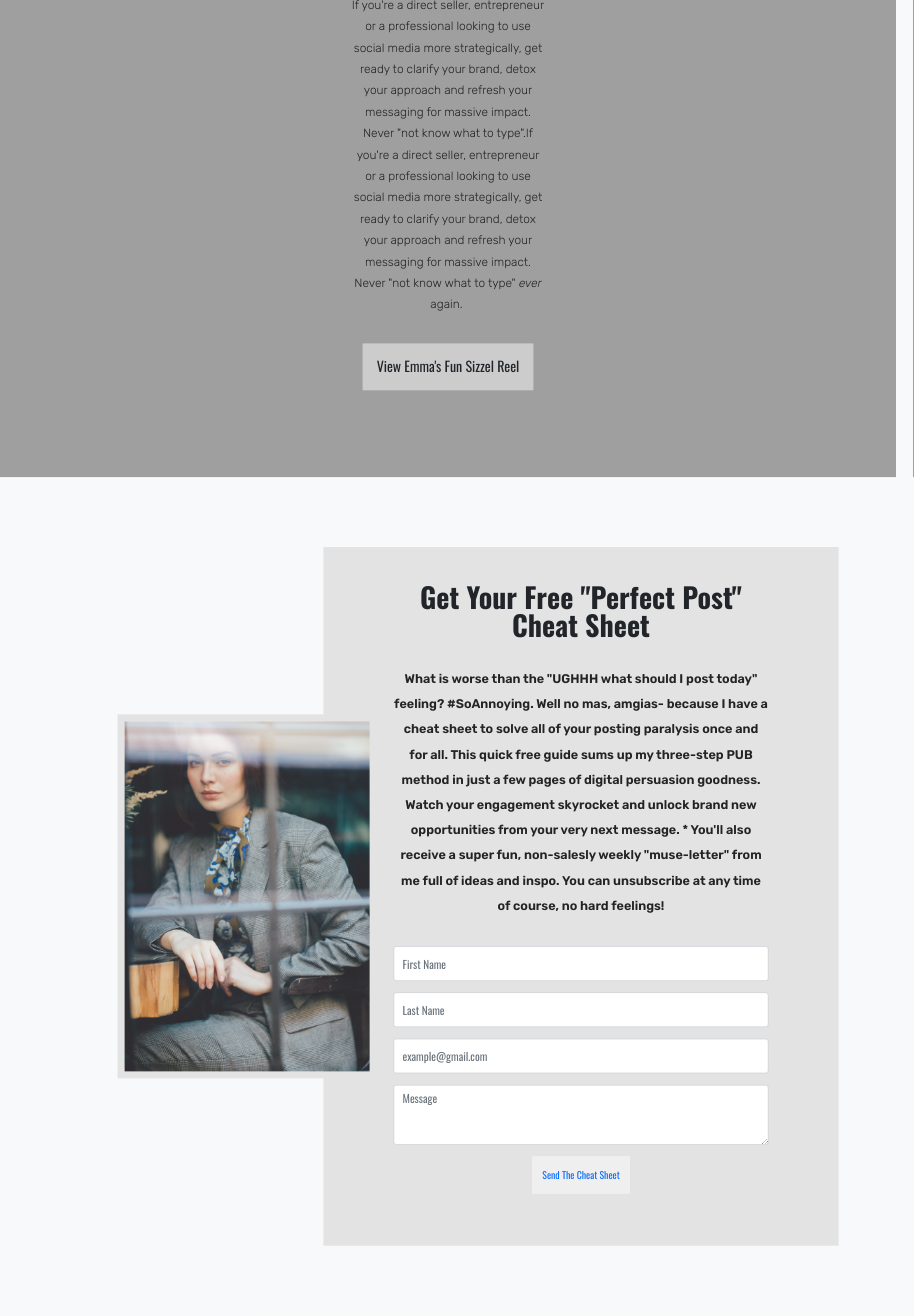
Repository: poroshrahman40/emma-watson-portfolio
Page: index.html
The author's editor kept a copy of each file at every save. The page is drawn from the files as they stood at one save, then again after a run of saves.
The browser window is 1280 px wide. The page is 1305 px wide, so the pictures cover 1305 px, including what lies to the right of the window. The pictures show the part of the page from y = 3711 to 5591 px (the page is 5591 px tall), at 70% of full size.
Some web fonts or font styles are not loaded; a fallback is used.

Above is the page before, as saved 2021-12-06 18:43:33.

After the next 2 saves:
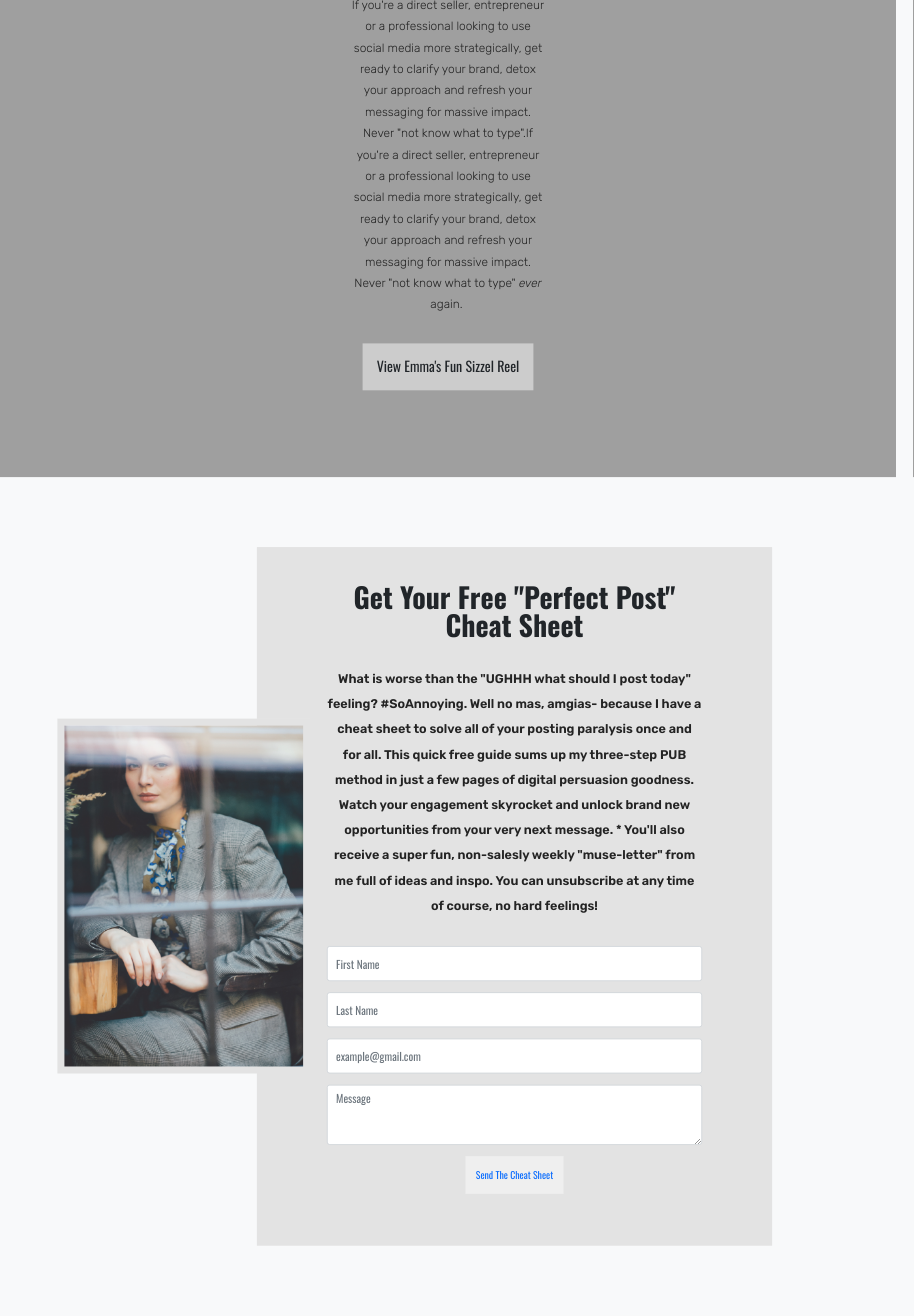
The 2 saves are shown as one change because they came seconds apart.
The last was saved 100 s later.
--- a/index.html
+++ b/index.html
@@ -241,7 +241,7 @@
 <section id="ew-get-cheat-sheet">
     <div class="container">
         <div class="row">
-            <div class="col-lg-4 d-flex align-items-center justify-content-end">
+            <div class="col-lg-3 d-flex align-items-center justify-content-end">
                 <div class="ew-cheat-sheet-image">
                     <img src="assets/image/cheet-seet-side-image.png" alt="image-not-found">
                 </div>
